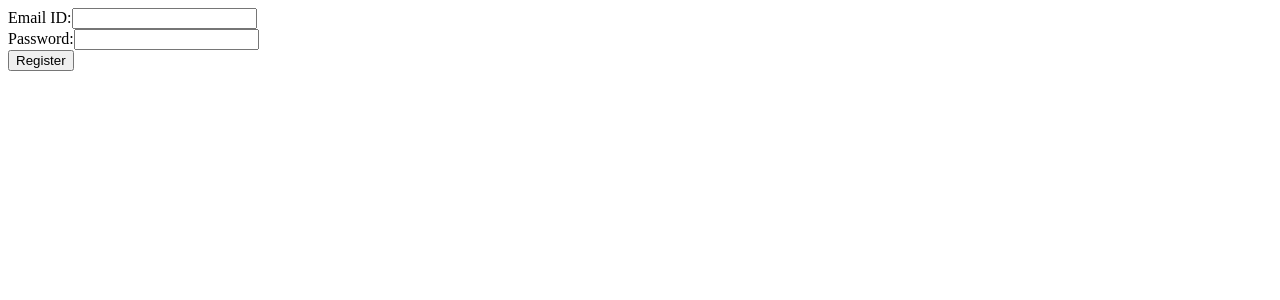
Repository: janewang0110/project
Page: SimpleLogin/login/WebContent/register.html
The author's editor kept a copy of each file at every save. The page is drawn from the files as they stood at one save, then again after the next save.
The browser window is 1280 px wide. The pictures show the whole page.

Above is the page before, as saved 2017-05-14 20:04:08.

After the next save:
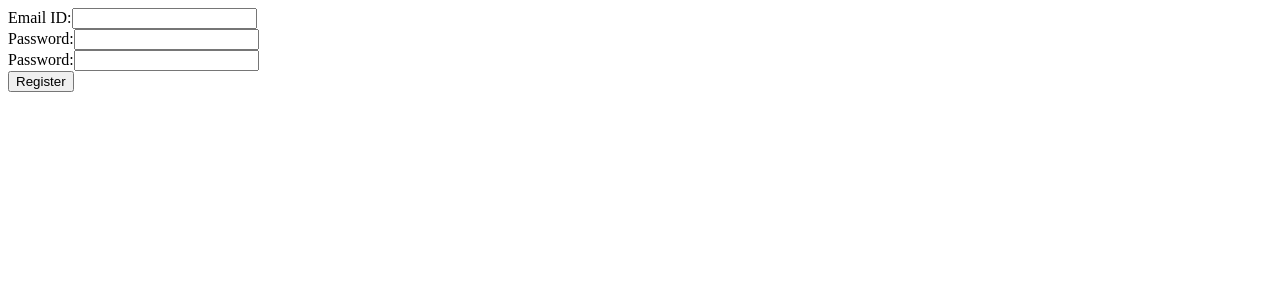
Saved 18 s later.
--- a/SimpleLogin/login/WebContent/register.html
+++ b/SimpleLogin/login/WebContent/register.html
@@ -6,6 +6,7 @@
         <form method="post" action="Register">
         Email ID:<input type="text" name="user" /><br/>
         Password:<input type="text" name="pass" /><br/>
+        Password:<input type="text" name="pass" /><br/>
         <input type="submit" value="Register" />
         </form>
     </body>
